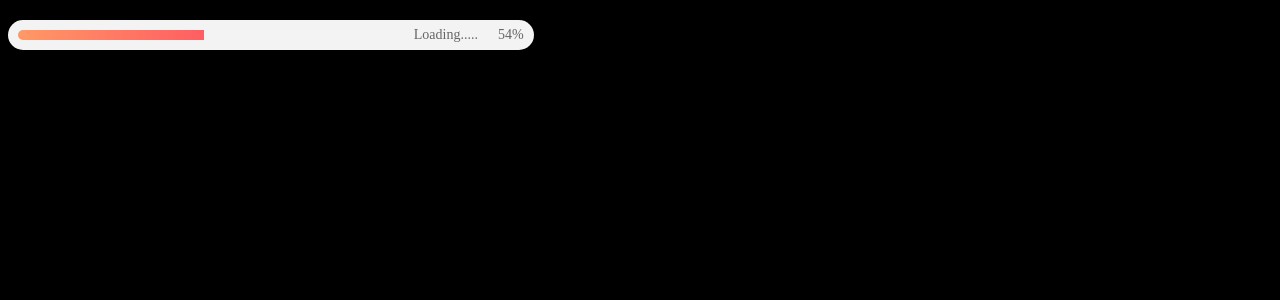
Repository: sriram1224/Loading_bar
Page: /
An editor plug-in stored every save of this project. The page is shown before and after the next save, followed by the edit.
The browser window is 1280 px wide. The pictures show the whole page.
The project was rebuilt for these pictures with package versions that can differ from the ones it lists, and the page was loaded fresh each time. Also part of the build but not shown: src/App.css.

Above is the page before, as saved 2024-04-22 04:39:15.

After the next save:
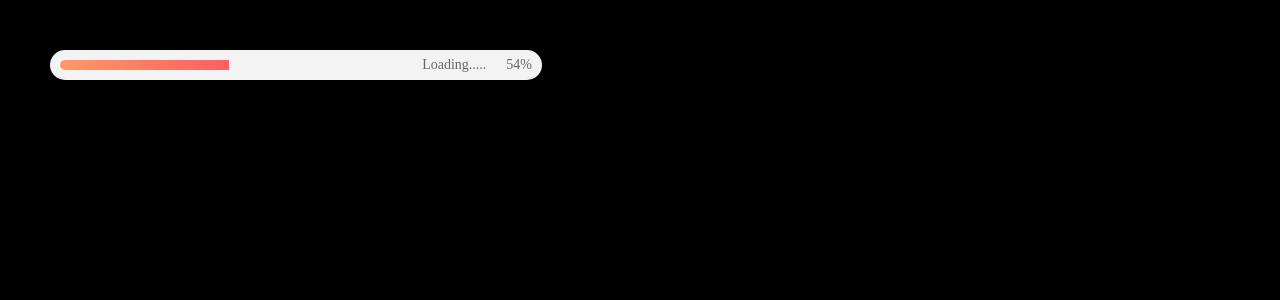
Saved 11 s later.
--- a/src/index.css
+++ b/src/index.css
@@ -1,7 +1,7 @@
 body{
 
   background-color:black;
-
+  margin: 50px;
 }
 .progress-bar-container {
   width: 40%;
